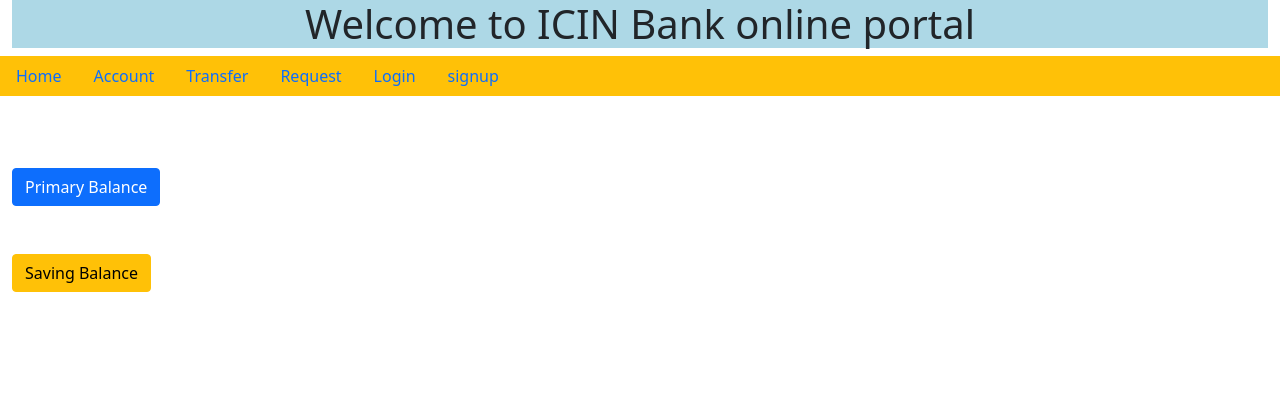
Repository: jha6435/phase3Revision
Page: http://localhost/IcinHome
These files come from the project's save history. The page is drawn as it stood at one moment and after the next save; the edit follows.
The browser window is 1280 px wide. The pictures show the whole page.
The page is this project's Thymeleaf template; nobody is signed in. The template is opened directly, without the code that normally fills it, so the values that code supplies are empty.

Above is the page before, as saved 2023-07-06 10:03:58.

### ICIN_Banking_Project/src/main/resources/templates/IcinHome.html
<html lang="en">
<head>
    <meta charset="UTF-8">
    <meta name="viewport" content="width=device-width, initial-scale=1.0">
    <title>Document</title>

    <link href="https://cdn.jsdelivr.net/npm/bootstrap@5.0.2/dist/css/bootstrap.min.css" rel="stylesheet" integrity="sha384-EVSTQN3/azprG1Anm3QDgpJLIm9Nao0Yz1ztcQTwFspd3yD65VohhpuuCOmLASjC" crossorigin="anonymous">
<style>
    h1{text-align: center;background-color: lightblue;width: auto;}
</style>
</head>
<body>
   <div class="container-fluid">
    <h1>Welcome to ICIN Bank online portal</h1>
    <div class="row">
       <ul class="nav navbar-light bg-warning">
  <li class="nav-item">
    <a class="nav-link active" aria-current="page" href="home">Home</a>
  </li>
  <li class="nav-item">
    <a class="nav-link" href="account">Account</a>
  </li>
  <li class="nav-item">
    <a class="nav-link" href="#">Transfer</a>
  </li>
  <li class="nav-item">
    <a class="nav-link" href="request">Request</a>
  </li>
  <li class="nav-item">
    <a class="nav-link" href="login">Login</a>
  </li>
  <li class="nav-item">
    <a class="nav-link" href="register">signup</a>
  </li>
</ul>
    </div>
    <br>
    <br>
    <br>
    <button class="btn btn-primary"type="button">Primary Balance</button>
    <br>
    <br>
    <br>
    <button class="btn btn-warning"type="button">Saving Balance</button>
   </div>

</body>
</html>

After the next save:
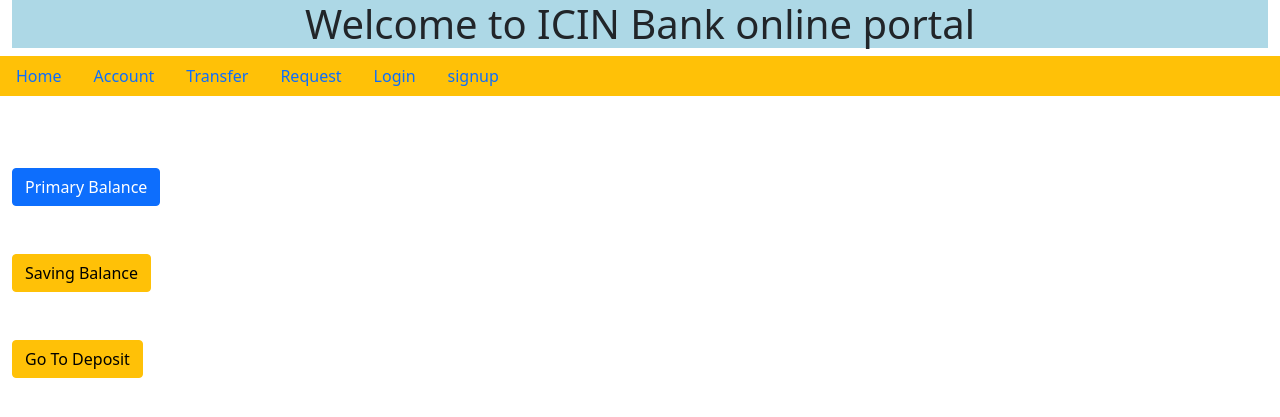
Saved 72 s later.
--- a/ICIN_Banking_Project/src/main/resources/templates/IcinHome.html
+++ b/ICIN_Banking_Project/src/main/resources/templates/IcinHome.html
@@ -42,6 +42,10 @@
     <br>
     <br>
     <button class="btn btn-warning"type="button">Saving Balance</button>
+     <br>
+    <br>
+    <br>
+    <button class="btn btn-warning"type="button">Go To Deposit </button>
    </div>
 
 </body>
